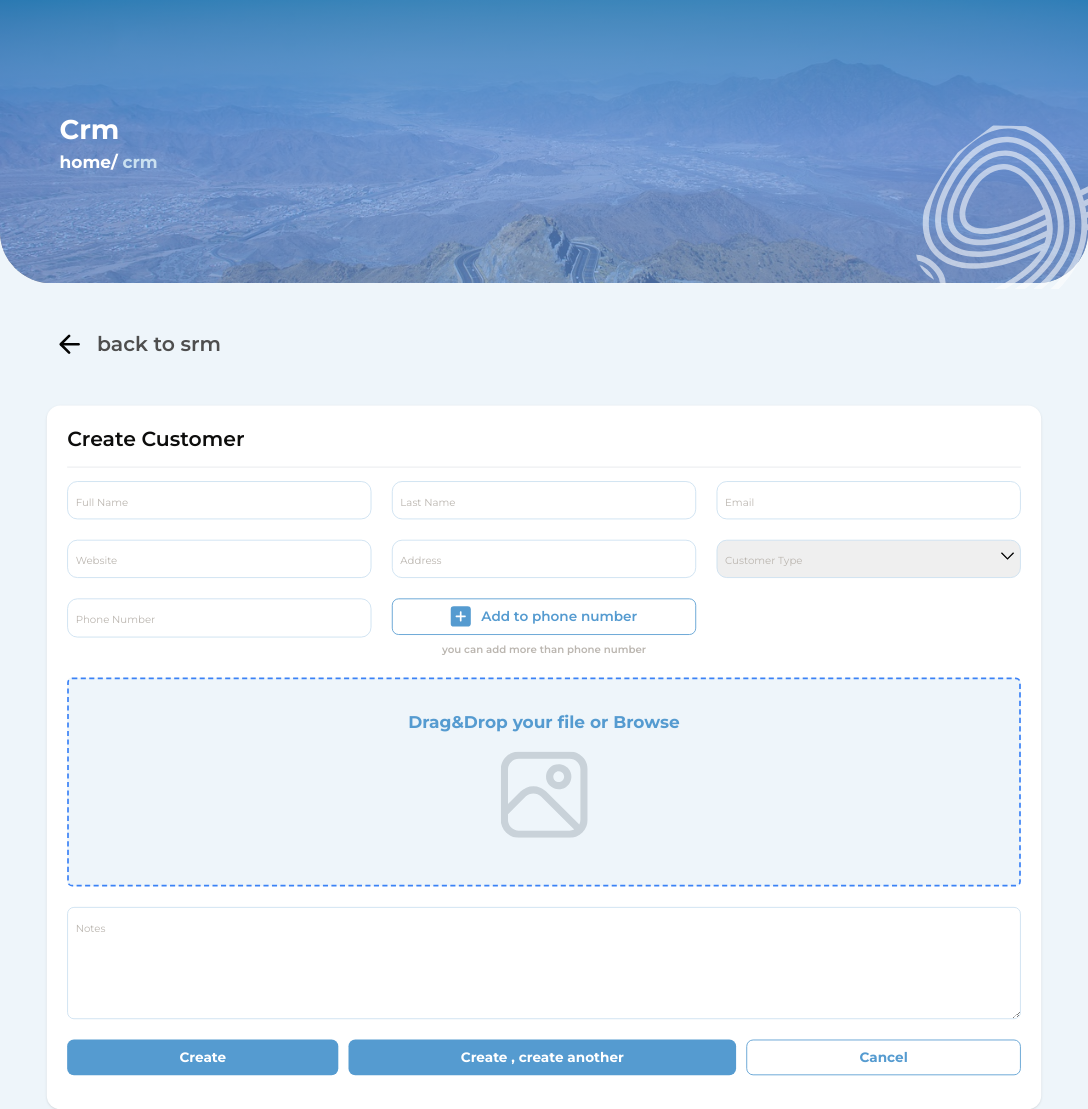
Repository: Abdelrhman-asker-smart/JsdcPIF
Page: create-customer.html
The author's editor kept a copy of each file at every save. The page is drawn from the files as they stood at one save, then again after the next save.
The browser window is 1280 px wide. The pictures show the whole page, at 85% of full size.
Some web libraries are served in a nearby version.

Above is the page before, as saved 2025-03-09 14:39:22.

After the next save:
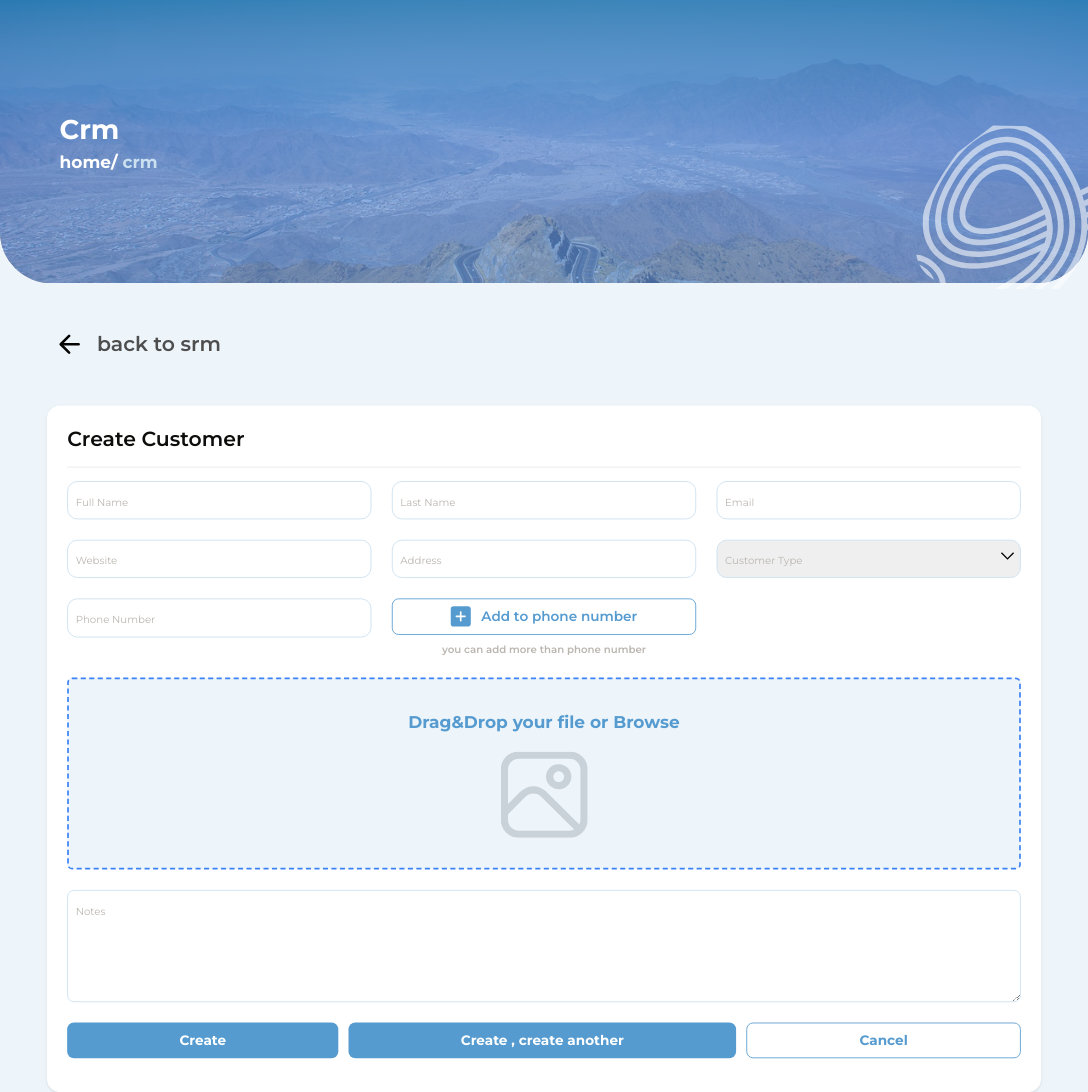
Saved 75 s later.
--- a/create-customer.html
+++ b/create-customer.html
@@ -230,7 +230,7 @@
           class="mt-1 border-2 border-dashed border-blue-500 rounded-md p-[35px] text-center bg-[#EEF5FA] cursor-pointer hover:bg-blue-100">
           <input type="file" id="file" class="hidden" />
           <div class="flex flex-col justify-center items-center gap-[20px]">
-            <span class="text-[#559BD0] font-[700] text-[20px]">Drag&Drop your file or Browse</span>
+            <span class="text-[#559BD0] font-[700] text-[20px]" id="fileInputLabel">Drag&Drop your file or Browse</span>
 
             <svg width="103" height="102" viewBox="0 0 103 102" fill="none" xmlns="http://www.w3.org/2000/svg">
               <g opacity="0.2">
@@ -249,7 +249,6 @@
                 </clipPath>
               </defs>
             </svg>
-            <p id="fileInputLabel"></p>
           </div>
         </div>
         <span id="currentFileNameSpan" class="mt-2 block text-sm text-gray-700"></span>
